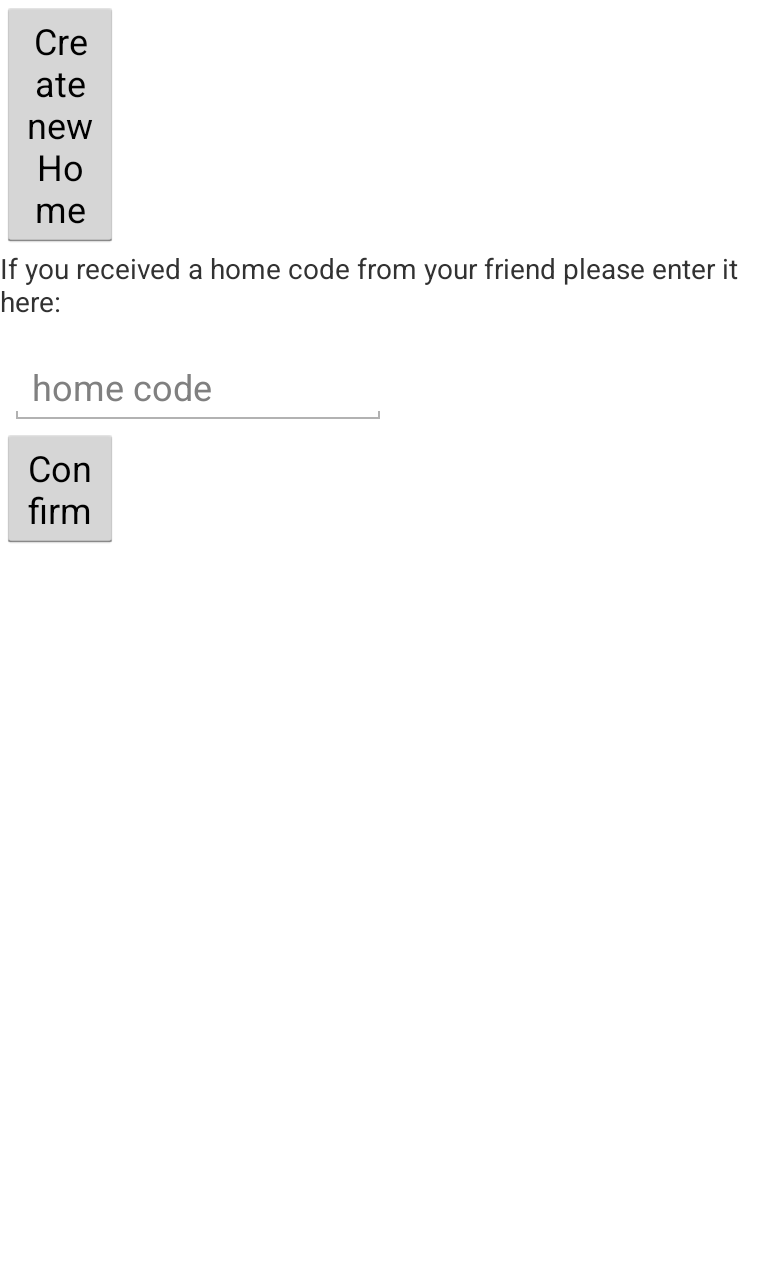
Repository: roommateapp/RoomMate
Layout: src/RoomMate/res/layout/activity_no_existing_home.xml
The author's editor kept a copy of each file at every save. The layout is drawn from the files as they stood at one save, then again after the next save.
It is drawn on a 768 x 1280 px phone screen (xhdpi) without system bars, with theme AppTheme; the app's code is not run.

Above is the layout before, as saved 2014-08-26 07:08:39.

After the next save:
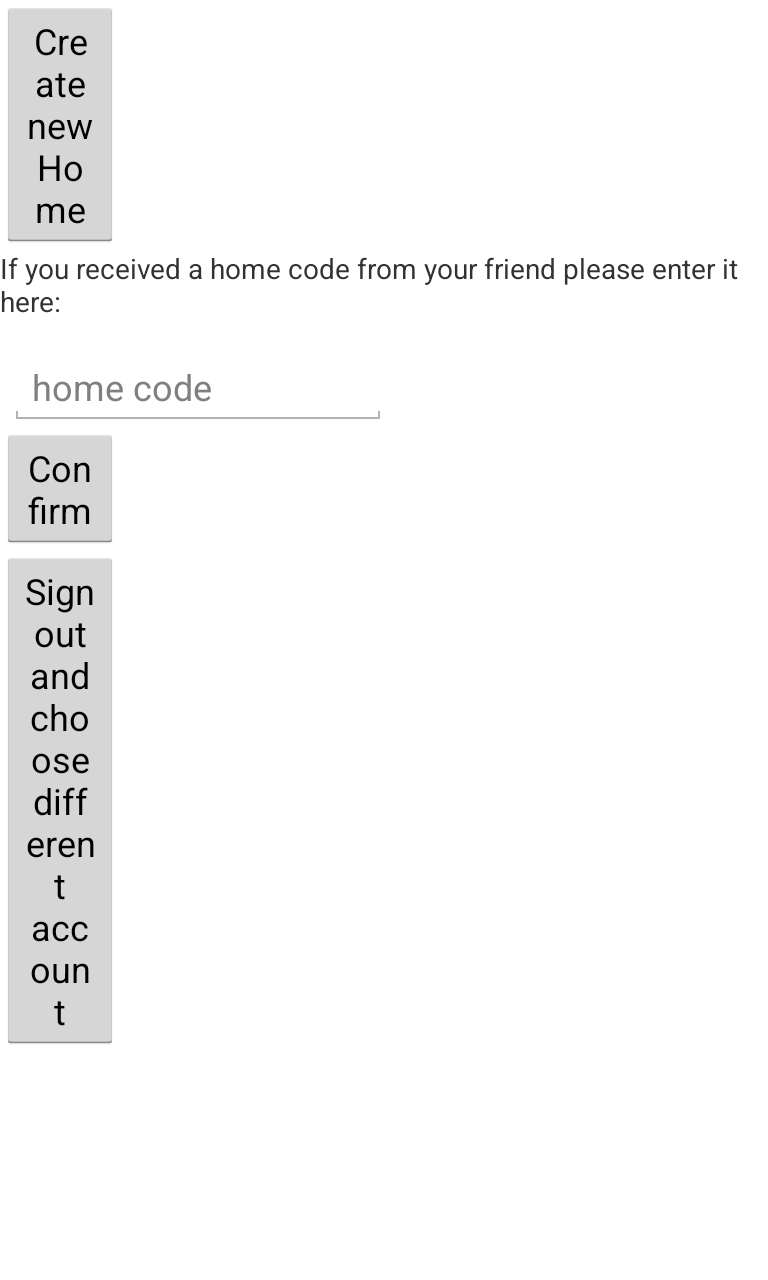
Saved 18 s later.
--- a/src/RoomMate/res/layout/activity_no_existing_home.xml
+++ b/src/RoomMate/res/layout/activity_no_existing_home.xml
@@ -33,4 +33,10 @@
         android:layout_height="wrap_content"
         android:text="@string/confirm_button" />
 
+	<Button
+       android:id="@+id/no_existing_home_sign_out_button"
+       android:layout_width="60dp"
+       android:layout_height="wrap_content"
+       android:text="@string/sign_out_button" />
+
 </LinearLayout>
